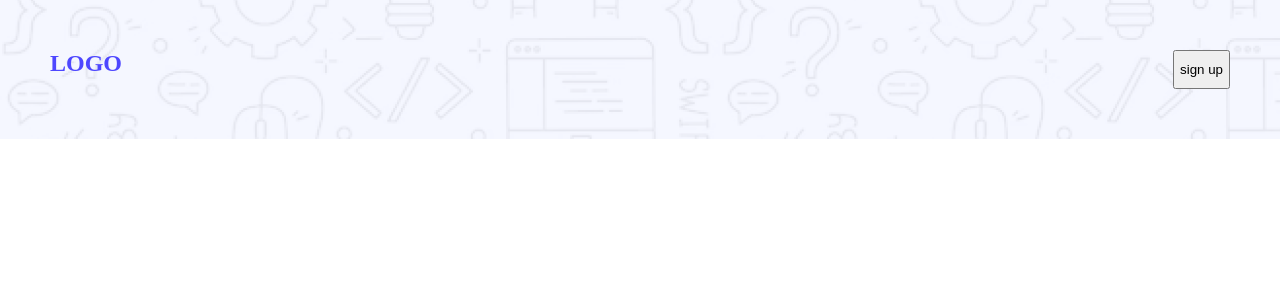
Repository: dollyrakhe22/landing-launchpad
Page: index.html
The author's editor kept a copy of each file at every save. The page is drawn from the files as they stood at one save, then again after the next save.
The browser window is 1280 px wide. The pictures show the whole page.

Above is the page before, as saved 2025-07-10 21:52:29.

### index.html
<!DOCTYPE html>
<html lang="en">
<head>
    <meta charset="UTF-8">
    <meta name="viewport" content="width=device-width, initial-scale=1.0">
    <title>Landing Launchpad</title>
    <link rel="stylesheet" href="style.css">
</head>
<body>
    <header>

        <nav>
            <h2>LOGO</h2>
            <a href="#"><button>sign up</button></a>
        </nav>
    </header>
    <main>

    </main>
    <footer>

    </footer>
</body>
</html>

### style.css
*{
    padding: 0;
    margin: 0;
}
header{
    background-image: url("Assets/Hero-bg.png");

}
/*nav style*/
h2{
    color:#4E47FF;
}
nav{
    display: flex;
    justify-content: space-between;
    padding: 50px;
}
nav button{
    text-decoration: none;
    padding: 10px 5px;
}

After the next save:
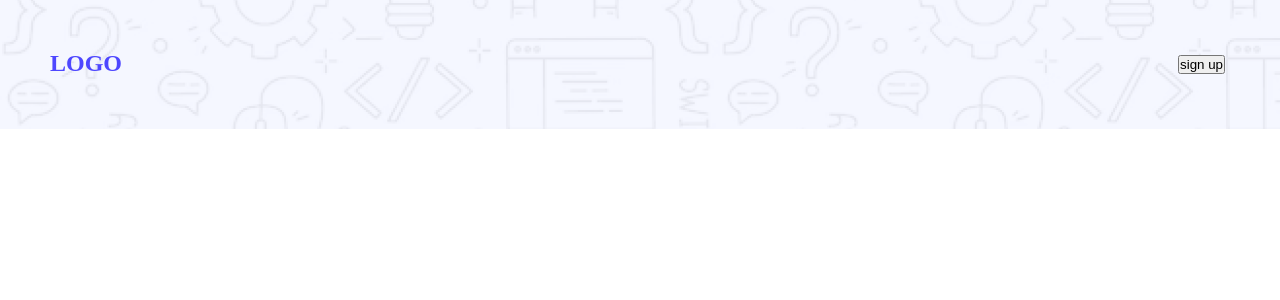
Saved 2 min 2 s later.
--- a/style.css
+++ b/style.css
@@ -17,5 +17,5 @@
 }
 nav button{
     text-decoration: none;
-    padding: 10px 5px;
+    margin: 5px 5px 5px 5px;
 }
